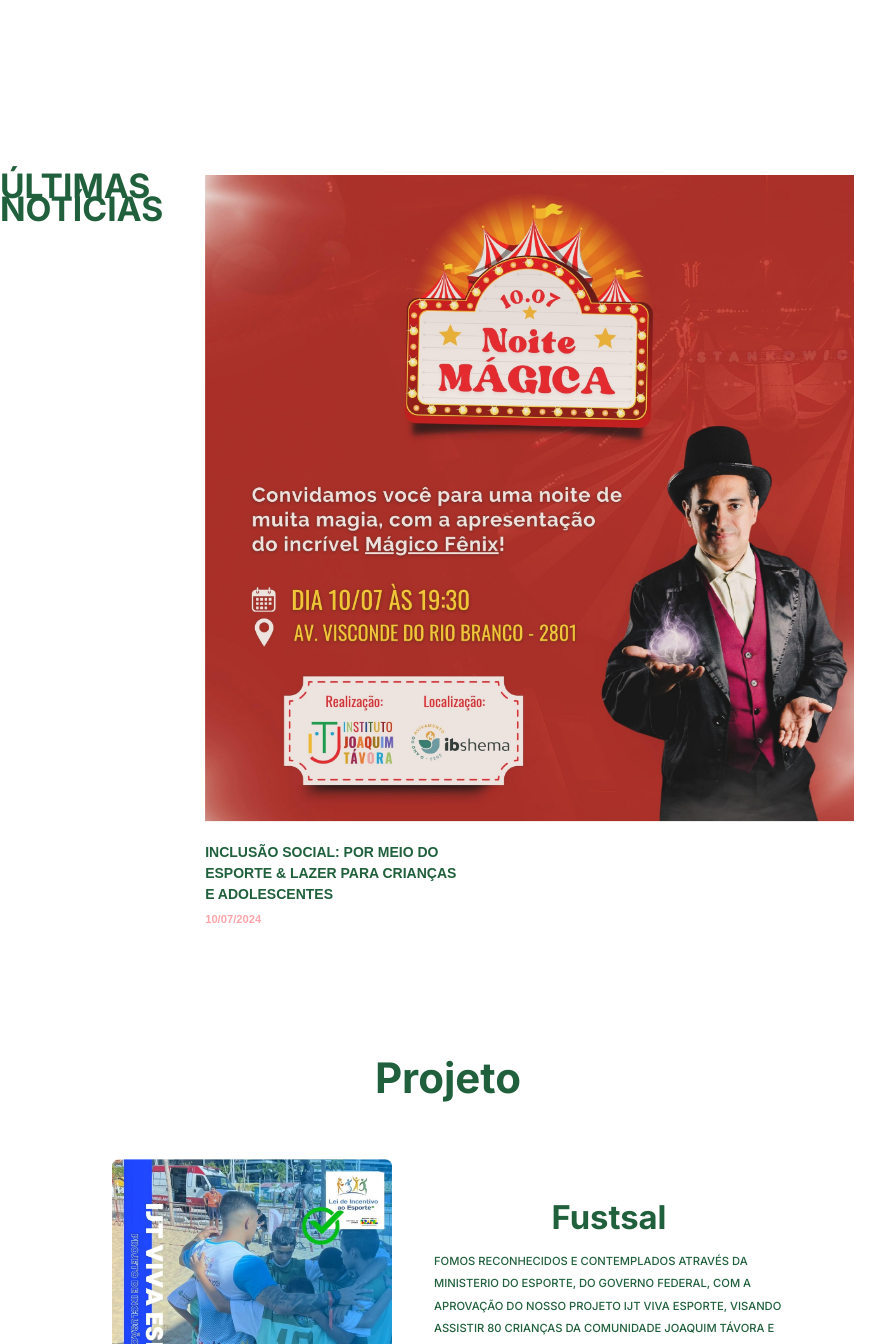
Repository: MarcelloMello90/itj2
Page: index.html
An editor plug-in stored every save of this project. The page is shown before and after the next save, followed by the edit.
The browser window is 1280 px wide. The pictures show the part of the page from y = 710 to 2630 px (the page is 5994 px tall before and 6054 px after), at 70% of full size.

Above is the page before, as saved 2024-07-21 20:07:32.

### index.html
<!DOCTYPE html>
<html lang="pt-br">
<head>
  <link rel="preconnect" href="https://fonts.googleapis.com">
  <link rel="preconnect" href="https://fonts.gstatic.com" crossorigin>

  <meta charset="UTF-8">
  <meta name="viewport" content="width=device-width, initial-scale=1.0">

  <!-- <link rel="icon" type="image/svg+xml" href="/vite.svg" /> -->

  <!-- Favicon -->
  <link rel="apple-touch-icon" sizes="180x180" href="assets/favicon_packageapple-touch-icon.png">
  <link rel="icon" type="image/png" sizes="32x32" href="assets/favicon_package/favicon-32x32.png">
  <link rel="icon" type="image/png" sizes="16x16" href="assets/favicon_packagefavicon-16x16.png">
  <link rel="manifest" href="assets/favicon_package/site.webmanifest">
  <link rel="mask-icon" href="assets/favicon_package/safari-pinned-tab.svg" color="#5bbad5">
  <meta name="msapplication-TileColor" content="#da532c">
  <meta name="theme-color" content="#ffffff">
  <title>Instituto Joaquim Távora</title>

  <link href="https://fonts.googleapis.com/css2?family=Barlow:ital,wght@0,100;0,200;0,300;0,400;0,500;0,600;0,700;0,800;0,900;1,100;1,200;1,300;1,400;1,500;1,600;1,700;1,800;1,900&family=Inter:wght@100..900&family=Poppins:ital,wght@0,100;0,200;0,300;0,400;0,500;0,600;0,700;0,800;0,900;1,100;1,200;1,300;1,400;1,500;1,600;1,700;1,800;1,900&family=Roboto:ital,wght@0,100;0,300;0,400;0,500;0,700;0,900;1,100;1,300;1,400;1,500;1,700;1,900&family=Space+Grotesk:wght@300..700&display=swap" rel="stylesheet">


  <link rel="stylesheet" href="style.css">
</head>
<body>
  <div id="app">
    <div id="wrapper_app">
      <header>
        <div class="header_logo">
          <img src="./assets/logo/logo03peq.png" alt="imagem da logo do Instituto Joaquim Távora">
        </div>

        <div class="wrapper_nav">
          <nav>
            <ul>
              <li><a href="http://#" target="_blank">Início</a></li>
              <li><a href="http://#" target="_blank">Sobre nós</a></li>
              <li><a href="http://#" target="_blank">Parceiros</a></li>
              <li><a href="http://#" target="_blank">Notícias</a></li>
              <li><a href="http://#" target="_blank">Contato</a></li>
            </ul>
          </nav>
        </div>
      </header>

      <div class="carousel">
        <video
          class="elementor-background-video"
          autoplay=""
          muted=""
          playsinline=""
          loop=""
          src="/assets/video/Snapinsta.app_video_6F487980DB1930866F1B164CEB50C191_video_dashinit.mp4"
          >
        </video>

        <div id="items-wrapper-carousel">
          <div id="items">
            <div class="item"><img src="./assets/img_carousel/img1.jpg"/></div>
            <div class="item"><img src="./assets/img_carousel/img2.jpg"/></div>
            <!-- <div class="item"><img src="https://unsplash.it/1600/400?image=990"/></div>
            <div class="item"><img src="https://unsplash.it/1600/400?image=980"/></div>
            <div class="item"><img src="https://unsplash.it/1600/400?image=970"/></div>
            <div class="item"><img src="https://unsplash.it/1600/400?image=976"/></div>
            <div class="item"><img src="https://unsplash.it/1600/400?image=993"/></div>
            <div class="item"><img src="https://unsplash.it/1600/400?image=969"/></div> -->
          </div>
        </div>
      </div>

      <main>
        <section id="section1">
          <div class="wrapper_section1">
            <h1>Últimas Notícias</h1>

            <div class="wrapper_items">
              <div class="items_img">
                <img src="./assets/img_carousel/img3.jpg" alt="">
              </div>

              <div class="item_text">
                <p>Inclusão Social: por meio do esporte & lazer para crianças e adolescentes</p>
                <span>10/07/2024</span>
              </div>
            </div>

            <div class="wrapper_form_parceiro">

            </div>
          </div>
        </section>

        <section id="section3">
          <div class="wrapper_section3">
           <h1>Projeto</h1>

           <div class="wrapper_items3">
            <div class="wrapper_project">
              <div class="project_img">
                <img src="./assets/img_carousel/img2.jpg" alt="">
              </div>

              <div class="project_text">
                <h3>Fustsal</h3>
                <span>
                  Fomos reconhecidos e contemplados através da Ministerio do Esporte, do
                   Governo Federal, com a aprovação do nosso projeto IJT VIVA ESPORTE,
                   visando assistir 80 crianças da comunidade Joaquim Távora e bairros
                   adjacentes. Com estrutura completa desde de uniformes, calçados,
                   alimentações, equipamentos esportivos e equipe de profissionais.
                </span>
              </div>
            </div>

            <div class="wrapper_project">
              <div class="project_text">
                <h3>Fustsal</h3>
                <span>
                  Fomos reconhecidos e contemplados através da Ministerio do Esporte, do
                   Governo Federal, com a aprovação do nosso projeto IJT VIVA ESPORTE,
                   visando assistir 80 crianças da comunidade Joaquim Távora e bairros
                   adjacentes. Com estrutura completa desde de uniformes, calçados,
                   alimentações, equipamentos esportivos e equipe de profissionais.
                </span>
              </div>

              <div class="project_img">
                <img src="./assets/img_carousel/img1.jpg" alt="">
              </div>
            </div>

            <div class="wrapper_project">
              <div class="project_img">
                <img src="./assets/img_carousel/img2.jpg" alt="">
              </div>

              <div class="project_text">
                <h3>Fustsal</h3>
                <span>
                  Fomos reconhecidos e contemplados através da Ministerio do Esporte, do
                   Governo Federal, com a aprovação do nosso projeto IJT VIVA ESPORTE,
                   visando assistir 80 crianças da comunidade Joaquim Távora e bairros
                   adjacentes. Com estrutura completa desde de uniformes, calçados,
                   alimentações, equipamentos esportivos e equipe de profissionais.
                </span>
              </div>
            </div>
          </div>

        </section>

        <section id="section4">
          <div class="wrapper_section4">
            <h1>Parceiros</h1>

            <div class="wrapper_parceiros_logo">
              <div class="item_img_logo">
                <a href="https://www.instagram.com/fatimatortasebolos/" target="_blank"><img src="./assets/parceiros/parceiro_fatimaBolo.jpg" alt=" Logo parceiro fatima bolos"></a>
              </div>

              <div class="item_img_logo">
                <a href="https://www.instagram.com/servicospratrimoniaismoura/" target="_blank">
                  <img src="./assets/parceiros/parceiro_servico_patrionais_moura.jpg"
                  alt=" Logo parceiro fatima bolos">
                </a>
              </div>
            </div>

            <div class="wrapper_form_parceiro">

            </div>
          </div>
        </section>

        <section id="section5">
          <div class="wrapper_section5">
            <h1>Contato</h1>

            <form id="form" action="https://formsubmit.co/contato@institutojoaquimtavora.org" method="POST">
              <div class="wrap-input-mobile">
                <label for="nome"></label>
                <input type="text" id="nome" name="nome" placeholder="Nome" required>

                <label for="email"></label>
                <input type="email" id="email" name="email" placeholder="email"  required>

              </div>

              <label for="area_interesse"></label>
              <input type="text" id="area_interesse" name="area_interesse"  placeholder="Assunto"  required>


              <textarea id="mensagem" name="mensagem" placeholder="Nos fale sua dúvida, sugestão, parceria."></textarea>

              <button class="btn_form"  type="submit">Enviar</button>
            </form>


          </div>
        </section>
      </main>
      <footer>
        <div class="wrapper_footer">
          <div class="box-logo">
            <img
              src="./assets/logo/logo04med.png"
              alt="logo Instituto Joaquim Távora">
          </div>

          <div class="box-contact">
            <span>
              R. Henrique Rabêlo, 1321 - Joaquim Távora, Fortaleza - CE, 60110-540
            </span>

            <span>
              <a href="tel:+5585985350707"> (85) 98535-0707</a>
            </span>

            <span>
              <a href="mailto:contato@institutojoaquimtavora.com.br">contato@institutojoaquimtavora.org</a>
            </span>
          </div>

        </div>
      </footer>
      <div class="footer-ano">
        <span>2024 - Todos os direito reservados | <a href="https://github.com/MarcelloMello90">Criado por Marcelo Melo</a></span>
      </div>
    </div>
  </div>
  <script src="./script.js"></script>
</body>
</html>

### style.css
* {
  margin: 0;
  padding: 0;
  box-sizing: border-box;
  outline: none;

  -webkit-font-smoothing: antialiased;
  -moz-osx-font-smoothing: grayscale;
}

:root{
  font-size: 62.5%;
  --ff-01: "Inter", sans-serif;
  --ff-02: 'Barlow Condensed', sans-serif;
  --ff-03: 'Space Grotesk', sans-serif;
  --ff-04: "Poppins", sans-serif;
  --ff-05: "Roboto", sans-serif;

  --bg01: #20603C;
  --bg02: #00b0f0; /*bg header*/
  --bg03: #00A651; /*bg card-assistencia social*/
  --bg04: #ED1C24; /*bg card-esporte*/
  --bg05: #003399; /*bg card-inclusao digital*/
  --bg06: #6666CC; /*bg card-educaçao*/
  --bg07: #9A1B56; /*bg card-empregabilidade*/
  --bg08: #F4EDE5; /*bg footer*/
  --bg09: #FFDE59; /*bordar box-01 (balao 50 crianças)*/
  --bg10: #6ED8FF; /*bordar box-02 (balao 150 crianças)*/
  --bg11: #FEA5A9; /*bordar box-03 (balao 100 crianças)*/
  --bg12: #000;
  --bg13: #ffffff;
  --bg14: #E6B12E; /* btn*/

  --text01: #00AEEF; /* box logo inicial, text header, h1*/
  --text02: #636363;/*text p*/
  --text03: #666460;/*text p footer*/
}


body{
  font-size: 1.6rem;
  font-family: var(--ff-01);
}

a, button {
  text-decoration: none;
  font-family: var(--ff-01);
  background: transparent;
}

#app{
  width: 100%;
  height: 100vh;
}
#wrapper_app{
  width: 100%;
  height: 100vh;

  display: grid;
  grid-template-areas:
    "header"
    "carousel"
    "main"
    "footer"
  ;

  grid-template-rows: clamp(60px, 16vw + 1rem, 100px) 700px auto auto;
  grid-template-columns: auto;
}

header{
  grid-area: header;

  display: flex;
  align-items: center;
  justify-content: space-between;

  padding: 0 40px;
}

header img{
  width: 132px;
  height: 66px;
}

header .wrapper_nav nav ul{
  text-decoration: none;
  display: flex;
  gap: 20px;
}

header .wrapper_nav nav ul li{
  display: flex;
  text-decoration: none;
}

header .wrapper_nav nav ul li a{
  display: flex;
  text-decoration: none;

  color: var(--bg01);
  font-family: Inter;
  font-size: 16px;
  font-style: normal;
  font-weight: 700;
  line-height: 24px;
  text-transform: uppercase;
}

header .wrapper_nav nav ul li a:hover{
  color: var(--bg14);
}


/* carousel */

.carousel{
  grid-area: carousel;
  height: 100%;
  width: 100%;
}

/* elemento vídeo */
.elementor-background-video{
  width: 100%;
  height: 600px;
}

video{
  width: 100%;
  height: 100%;
  object-fit: cover;
}

/* carousel */
#items-wrapper-carousel{
  width: 100%;
  display: none;
}

#items{
  display: flex;

  overflow-x: hidden;
  /*propriedade que exibe 100% uma imagem que esta sendo exibida mais de 50% da tela*/
  scroll-snap-type: x mandatory;
  -webkit-overflow-scrolling: touch;

  /*deixa o comportamento suave ao passar o elemento  */
  scroll-behavior: smooth;
}

.item{
  /* anula a propriedade do display flex */
  flex: none;

  width: 100%;
  height: 700px;

  /* propriedade que inicia a propriedade scroll-snap-type. Essa propriedade exibe 100% uma imagem que esta sendo exibida mais de 50% da tela */
  scroll-snap-align: start;

  /* tira o evento do cursor sobre o elemento. Assim posso fazer o scroll utilizando a roda do mouse quando o ponteiro estiver em cima do elemento*/
  pointer-events: none;

  /* Adiciona a transição suave */
  transition: transform 3s ease-in-out;

}


img{
  width: 100%;
  height: 99%;

  /* imagem se adapta a 100% do tamanho da caixa */
  object-fit: cover;
}
/* fim carousel */


main{
  grid-area: main;

  display: grid;
  place-items: center;
  grid-template-areas:
    "section1"
    "section2"
    "section3"
    "section4"
    "section5"
  ;
  grid-template-columns: 1fr;
  grid-template-rows: auto auto auto auto;

  margin-top: 160px;

  gap: 100px;

}


/* section1 */
#section1{
  grid-area: section1;

  width: 100%;
  height: 100%;

  display: flex;
  flex-direction: column;
  justify-content: center;
  align-items: center;
  gap: 60px;

  color: var(--bg01);
  font-size: 32px;
  font-weight: 600;
  line-height: 32px;
  text-transform: uppercase;
}

.wrapper_section1{
  display: flex;
  gap: 60px;
}

.wrapper_items{
  display: flex;
  flex-direction: column;
  /* gap: 150px; */
}

.item_img{
  width: 367px;
  height: 335px;
}

.item_img img{
  width: 100%;
  height: 100%;

  border-radius: 10px;
  object-fit: cover;
  object-position: center center;
}

.item_text{
  width: 367px;
  margin-top: 20px;
}

.item_text p{
  color: var(--bg01);
  font-family: "Liberation Sans";
  font-size: 20px;
  font-style: normal;
  font-weight: 700;
  line-height: 30px;
  text-transform: uppercase;
}

.item_text span{
  color: var(--bg11);
  font-family: "Liberation Sans";
  font-size: 16px;
  font-style: normal;
  font-weight: 700;
  line-height: 20px;
  text-transform: uppercase;
}

#btn_section1{
  display: flex;

  justify-content: center;
  align-items: center;
  flex-shrink: 0;

  border-radius: 10px;
  border: 2px solid var(--bg14);
}

#btn_section1 a{
  background-color: none;
  padding: 18px;


  color: var(--bg01);
  text-align: center;
  font-family: Inter;
  font-size: 14px;
  font-style: normal;
  font-weight: 700;
  line-height: 16px;
}
/* fim section 1 */



/* section2 */
#section2{
  grid-area: section2;

  background: var(--bg01);
  width: 100%;
  height: 800px;
  display: flex;
  justify-content: center;
}

.wrapper_section2{
  width: 1000px;
  height: 100%;

  display: flex;
  flex-direction: column;
  justify-content: center;
  align-items: center;
  gap: 60px;


  color: var(--bg13);
  font-size: 40px;
  font-weight: 600;
  line-height: 32px;
}

#section2 p{
  color: var(--bg13);
  font-family: Inter;
  font-size: 18px;
  font-style: normal;
  font-weight: 400;
  line-height: 40px;
}
/* fim section2 */


/* section3 */
#section3{
  grid-area: section3;

  width: 100%;
  height: 100%;
  display: flex;
  justify-content: center;
}

.wrapper_section3{
  width: 1000px;
  height: 100%;

  display: flex;
  flex-direction: column;
  justify-content: center;
  align-items: center;
  gap: 100px;


  color: var(--bg01);
  font-size: 40px;
  font-weight: 600;
  line-height: 32px;
}

.wrapper_items3{
  display: flex;
  flex-direction: column;
  gap: 150px;
}

.wrapper_project{
  display: flex;
  justify-content: center;
  align-items: center;
  gap: 60px;
}

.project_img {
  width: 400px;
  height: 420px
}

.project_img img{
  width: 100%;
  height: 100%;

  border-radius: 10px;
  object-fit: cover;
  object-position: center center;
}

.project_text{
  width: 500px;
  display: flex;
  flex-direction: column;
  align-items: center;
  gap: 30px;
}

.project_text span{
  color: var(--bg01);
  font-family: var(--ff-01);
  font-size: 16px;
  font-weight: 500;
  line-height: 32px;
  text-transform: uppercase;
}
/* fim section3 */

/* section4 */
#section4{
  grid-area: section4;

  background: var(--bg01);

  width: 100%;
  height: 800px;
  display: flex;
  justify-content: center;
}

.wrapper_section4{
  width: 1000px;
  height: 100%;

  display: flex;
  flex-direction: column;
  justify-content: center;
  align-items: center;
  gap: 150px;


  color: var(--bg13);
  font-size: 40px;
  font-weight: 600;
  line-height: 32px;
}

.wrapper_parceiros_logo{
  width: 100%;
  display: flex;
  justify-content: space-around;
}

.item_img_logo{
  width: 220px;
  height: 200px;
}

.item_img_logo img{
  width: 100%;
  height: 100%;

  border-radius: 10px;
  object-fit: cover;
  object-position: center center;
}
/* fim section4 */

/* section45*/
#section5{
  grid-area: section5;

  width: 100%;
  height: 600px;
  display: flex;
  justify-content: center;
}

.wrapper_section5{
  width: 1000px;
  height: 100%;

  display: flex;
  flex-direction: column;
  justify-content: center;
  align-items: center;
  gap: 60px;


  color: var(--bg01);
  font-size: 40px;
  font-weight: 600;
  line-height: 32px;
}


/* form desktop */
#box-form{
  max-width: 100%;

  display: none;
  justify-content: center;
  align-items: center;
  justify-content: flex-end;
}

#form{
  max-width: 100rem;

  display: flex;
  flex-direction: row;
  padding: .5rem;
  gap: 1.5rem;
  flex-wrap: wrap;
  justify-content: flex-end;
}


#form label{
  color: var(--bg01);
  font-size: 1rem;
}

#form input {
  width: 100%;
  height: 4rem;

  padding: 1.5rem;
  border-radius: 1rem;
  border: 1px solid var(--bg01);
}

.wrap-input-mobile{
  display: flex;
  flex-direction: row;
  width: 100%;
  margin-top: 2rem;
}

.wrap-input-mobile input:nth-child(2){
  margin-right: 3rem;
}

#form textarea {
  width: 100%;
  height: 10rem;

  margin-top: 1rem;
  padding: 1.5rem;
  border-radius: 1rem;
  border: 1px solid var(--bg01);

  resize: none;
}

#form input::placeholder{
  color: rgb(182, 176, 176);
}

#form input, textarea::placeholder{
  color: rgb(151, 145, 145);
}
.btn_form{
  background-color: var(--bg01);
  width: 16rem;
  height: 5.5rem;
  color: var(--bg13);
  border: none;
  border-radius: 1rem;
  font-size: 2rem;
  font-weight: bold;
  margin-top: 2rem;
  margin-bottom: 5rem;
}

.btn_form:hover{
  background-color: #5fad81;
}
/* fim section5 */



footer{
  background: var(--bg01);
  grid-area: footer;

  color: var(--bg13);

  width: 100%;
  height: auto;
  display: flex;
  justify-content: center;
}

.wrapper_footer{
  display: flex;
  flex-direction: column;
  justify-content: center;
  align-items: center;

  padding: 50px 0;

  gap: 60px;
}

.box-logo{
  background: var(--bg13);
  padding: 16px;
  border-radius: 10px;
}

.box-contact{
  display: flex;
  flex-direction: column;
  align-items: center;
  gap: 20px;
}

.box-contact a{
  text-decoration: none;
  color: var(--bg13);
}

.box-contact span a:hover{
  text-decoration: none;
  color: var(--bg14);
}

.footer-ano {
  width: 100%;

  display: flex;
  justify-content: center;

  padding: 10px;

  background-color: var(--bg01);
  border-top: 1px solid var(--bg08);

  color: var(--bg13);
  font-size: 1.4rem;
}

.footer-ano a{
  text-decoration: none;
  color: var(--bg13);
}


.footer-ano a:hover{
  text-decoration: none;
  color: var(--bg14);
}

### script.js
const items = document.querySelector("#items");
let currentIndex = 0;
const itemCount = items.children.length;
const scrollAmount = items.clientWidth;

function scrollToNext() {
  currentIndex = (currentIndex + 1) % itemCount;
  items.scrollTo({
    left: scrollAmount * currentIndex,
    behavior: 'smooth'
  });
}

// Define o intervalo para mudar a cada 3 segundos
setInterval(scrollToNext, 3000);

items.addEventListener("wheel", event => {
  clearInterval(autoScrollInterval);
  if(event.deltaY > 0) {
    items.scrollBy({left: scrollAmount, behavior: 'smooth'});
  } else {
    items.scrollBy({left: -scrollAmount, behavior: 'smooth'});
  }
  autoScrollInterval = setInterval(scrollToNext, 4000);
});

After the next save:
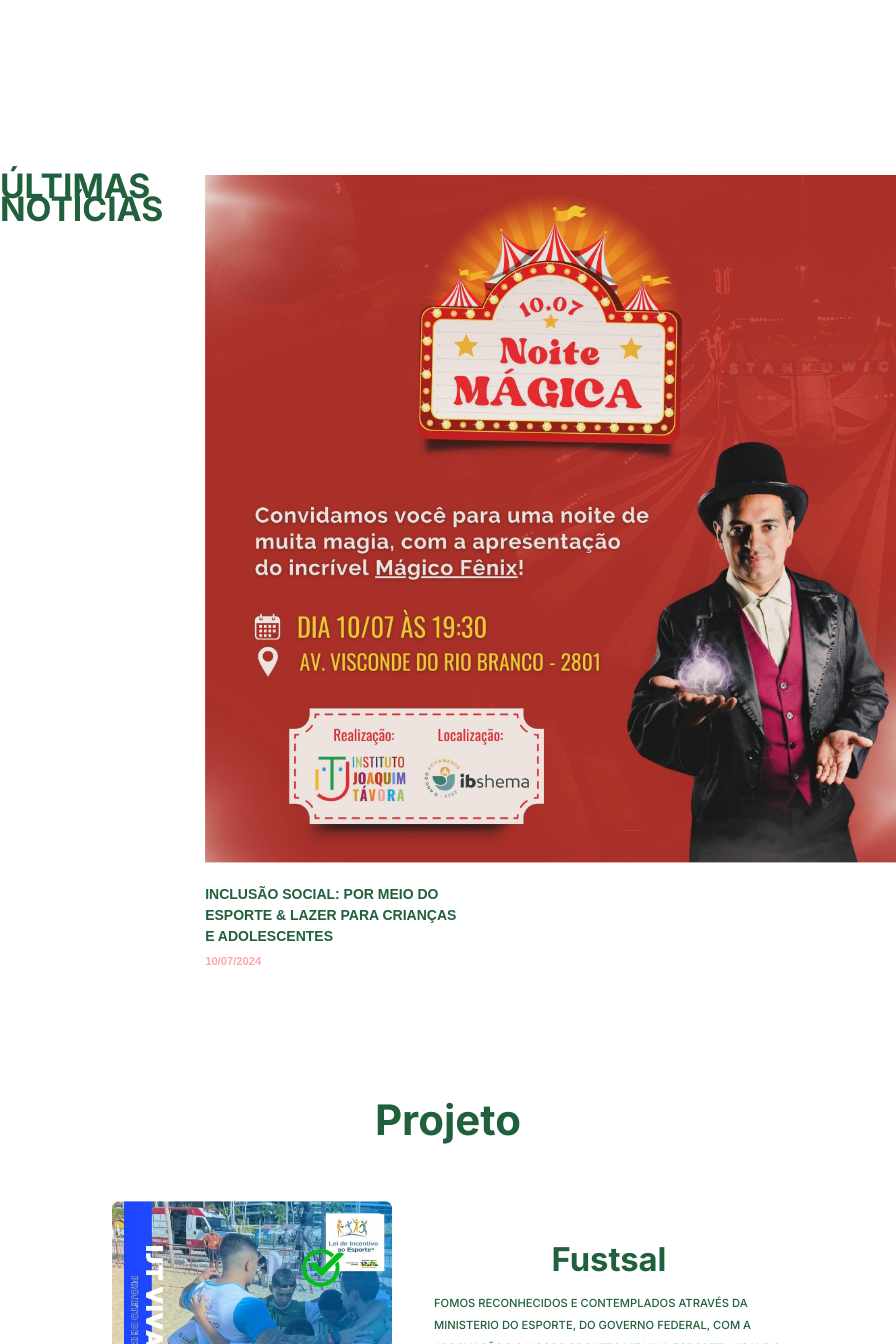
Saved 19 s later.
--- a/index.html
+++ b/index.html
@@ -86,9 +86,7 @@
               </div>
             </div>
 
-            <div class="wrapper_form_parceiro">
-
-            </div>
+
           </div>
         </section>
 
